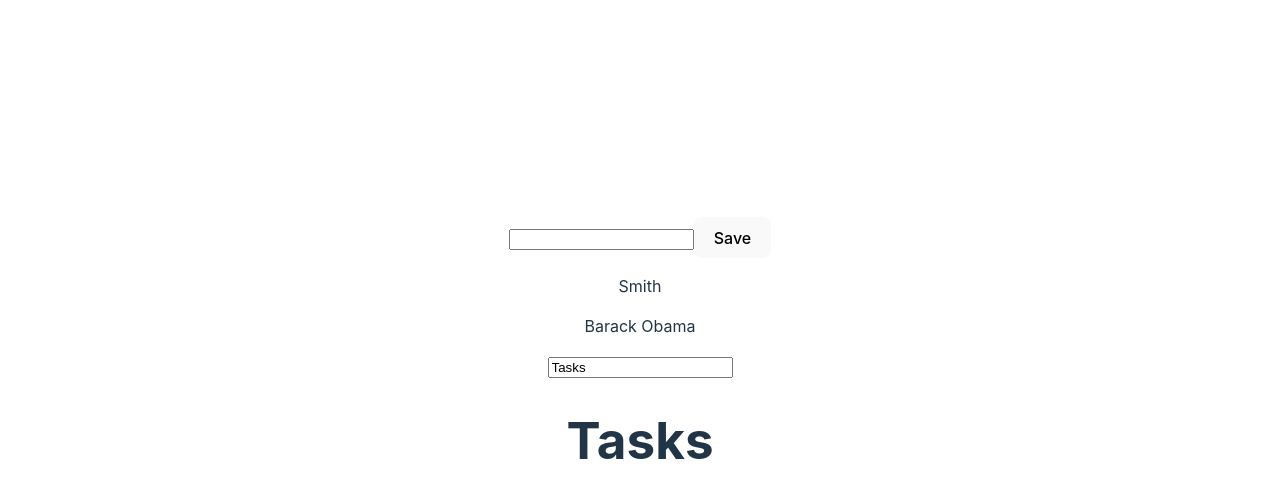
Repository: RonanKhalilOlaes/Olaes_Lab06-07_taskList
Page: /
An editor plug-in stored every save of this project. The page is shown before and after the next save, followed by the edit.
The browser window is 1280 px wide. The pictures show the whole page.
The project was rebuilt for these pictures with package versions that can differ from the ones it lists, and the page was loaded fresh each time. Also part of the build but not shown: vite.config.js.

Above is the page before, as saved 2024-10-22 21:18:22.

After the next save:
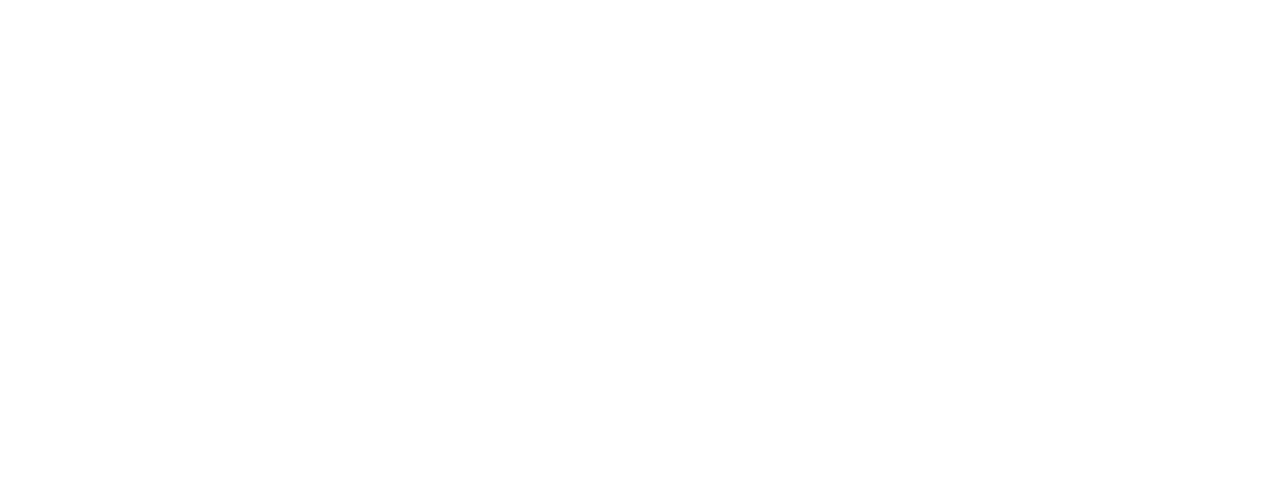
Console error: ReferenceError: task is not defined
Saved 26 min 11 s later.
--- a/src/App.jsx
+++ b/src/App.jsx
@@ -103,7 +103,7 @@
 
 // components
 
-{/* <input
+ <input
         type="checkbox"
         checked={task.done}
         onChange={e => {
@@ -112,4 +112,4 @@
             done: e.target.checked
           });
         }}
-      /> */}
+      />

After the save that followed:
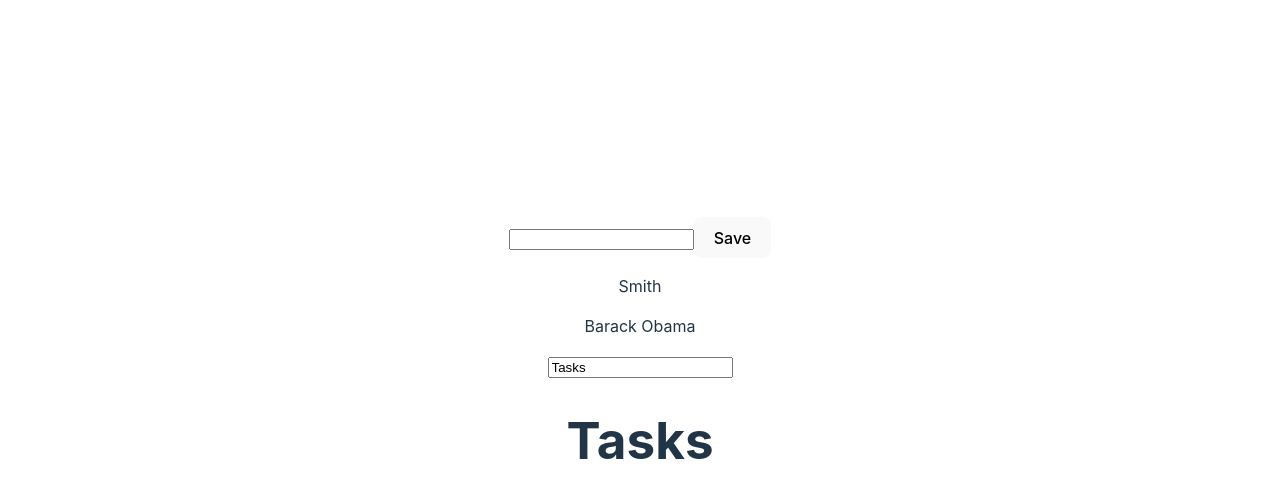
The error is gone.
Saved 39 s later.
--- a/src/App.jsx
+++ b/src/App.jsx
@@ -103,7 +103,38 @@
 
 // components
 
- <input
+function Task({ task, onChange, onDelete }) {
+  const [isEditing, setIsEditing] = useState(false);
+  let taskContent;
+  if (isEditing) {
+    taskContent = (
+      <>
+        <input
+          value={task.text}
+          onChange={e => {
+            onChange({
+              ...task,
+              text: e.target.value
+            });
+          }} />
+        <button onClick={() => setIsEditing(false)}>
+          Save
+        </button>
+      </>
+    );
+  } else {
+    taskContent = (
+      <>
+        {task.text}
+        <button onClick={() => setIsEditing(true)}>
+          Edit
+        </button>
+      </>
+    );
+  }
+  return (
+    <label>
+      <input
         type="checkbox"
         checked={task.done}
         onChange={e => {
@@ -113,3 +144,10 @@
           });
         }}
       />
+      {taskContent}
+      <button onClick={() => onDelete(task.id)}>
+        Delete
+      </button>
+    </label>
+  );
+}
